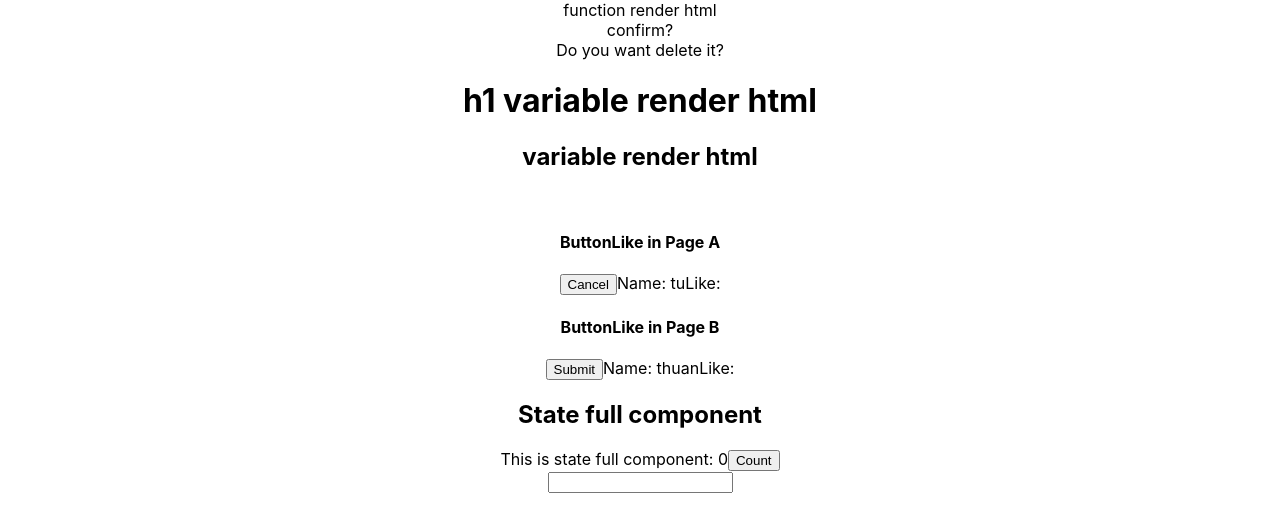
Repository: HoangTu18/reactjs-exercise
Page: /
The author's editor kept a copy of each file at every save. The page is drawn from the files as they stood at one save, then again after the next save.
The browser window is 1280 px wide. The pictures show the whole page.
The project was rebuilt for these pictures with package versions that can differ from the ones it lists, and the page was loaded fresh each time.

Above is the page before, as saved 2022-05-21 10:21:54.

### src/App.js
import "./App.css";
import ButtonLike from "./components/ButtonLike";
import TitleSimple from "./components/TitleSimple";
import StateFullComponent from "./components/StateFullComponent";
import StateObject from "./pages/StateObject";
function App() {
  const isLoading = true;
  // varible render html
  const ele1 = (
    <div>
      <h1>h1 variable render html</h1>
      <h2> variable render html</h2>
    </div>
  );
  return (
    <div className="App">
      <div>function render html</div>
      {isLoading ? <TitleSimple /> : "123"}
      {ele1}
      <br />
      <h4> ButtonLike in Page A</h4>
      <ButtonLike
        text="Cancel"
        type="button"
        className="buttonA"
        onClick={() => {
          console.log("buttonA");
        }}
        name="tu"
      />
      <h4> ButtonLike in Page B</h4>
      <ButtonLike
        type="submit"
        className="buttonB"
        onClick={() => {
          console.log("buttonB");
        }}
        name="thuan"
      />
      <h2>State full component</h2>
      <StateFullComponent />
      <StateObject />
    </div>
  );
}

export default App;

### src/components/ButtonLike.jsx
import React from "react";

ButtonLike.propTypes = {};

function ButtonLike({ text = "Submit", name, todoItem, like, ...props }) {
  return (
    <div>
      <button {...props}>{text}</button>
      Name: {name}
      {todoItem && (
        <div>
          <h6>Todo item</h6>
          Todo title: {todoItem?.title}
          Todo price: {todoItem?.price}
        </div>
      )}
      Like: {like}
      <br />
    </div>
  );
}

export default ButtonLike;

### src/components/TitleSimple.jsx
import React from "react";

TitleSimple.propTypes = {};

function TitleSimple(props) {
  return (
    <div>
      confirm? <br />
      Do you want delete it?
    </div>
  );
}

export default TitleSimple;

### src/components/StateFullComponent.jsx
import React from "react";

StateFullComponent.propTypes = {};

function StateFullComponent(props) {
  const [count, setCount] = React.useState(0);
  return (
    <div>
      This is state full component: {count}
      <button
        type="button"
        onClick={() => {
          setCount((prevState) => prevState + 1);
        }}
      >
        Count
      </button>
    </div>
  );
}

export default StateFullComponent;

### src/pages/StateObject.jsx
import React, { useState } from "react";

function stateObject(props) {
  const [messObj, setMessObj] = useState({
    author: " ",
  });
  console.log("messObj: ", messObj);
  return (
    <div>
      <input
        type="text"
        value={messObj.mess}
        onChange={(e) => {
          //   messObj.mess = e.target.value;
          //   setMessObj(messObj);
          const val = e.target.value;
          setMessObj((prevState) => {
            return {
              ...prevState,
              mess: val,
            };
          });
        }}
      />
    </div>
  );
}

export default stateObject;

Loaded but not shown: public/index.html (common file); src/index.js (common file); src/index.css (common file); src/reportWebVitals.js (common file); src/App.css (common file)

After the next save:
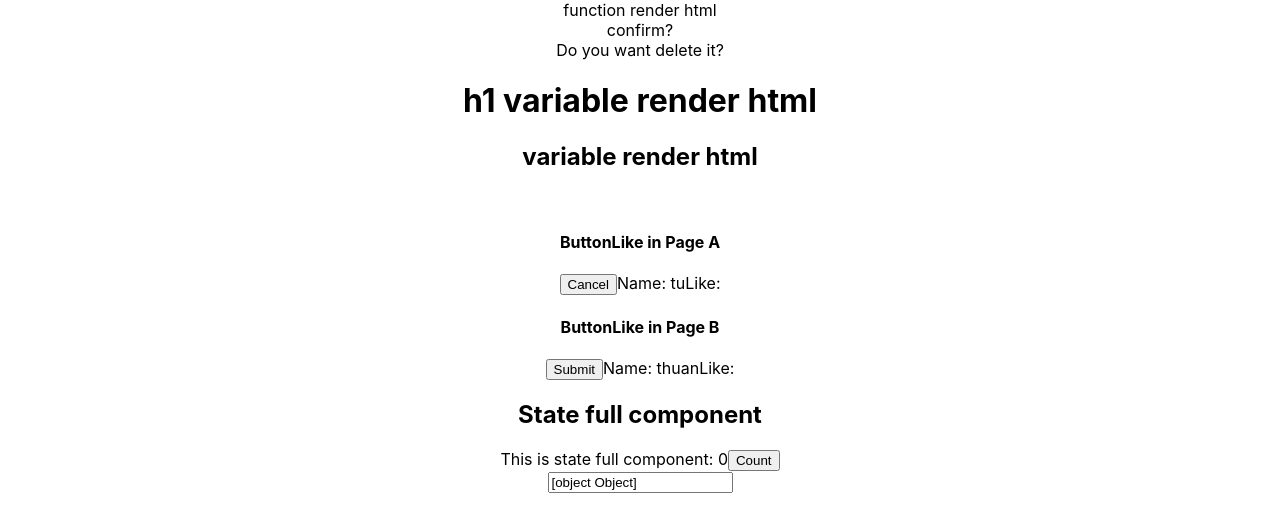
Saved 7 s later.
--- a/src/pages/StateObject.jsx
+++ b/src/pages/StateObject.jsx
@@ -3,6 +3,9 @@ import React, { useState } from "react";
 function stateObject(props) {
   const [messObj, setMessObj] = useState({
     author: " ",
+    mess: {
+      id: 1,
+    },
   });
   console.log("messObj: ", messObj);
   return (
